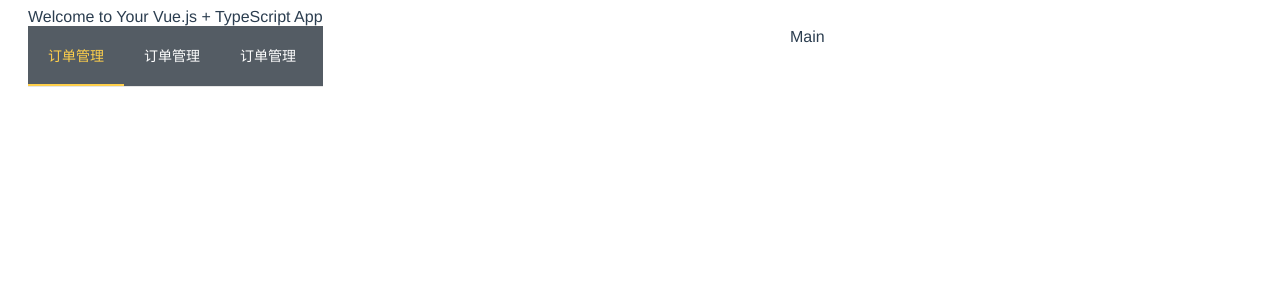
Repository: TheWomanLiketheWind/woodpecker
Page: /
These files come from the project's save history. The page is drawn as it stood at one moment and after the next save; the edit follows.
The browser window is 1280 px wide. The pictures show the whole page.
The project was rebuilt for these pictures with package versions that can differ from the ones it lists, and the page was loaded fresh each time. Imported but missing from the stored project, and not drawn on this page: src/views/About.vue.

Above is the page before, as saved 2019-07-25 14:32:42.

### public/index.html
<!DOCTYPE html>
<html lang="en">
  <head>
    <meta charset="utf-8">
    <meta http-equiv="X-UA-Compatible" content="IE=edge">
    <meta name="viewport" content="width=device-width,initial-scale=1.0">
    <link rel="icon" href="<%= BASE_URL %>favicon.ico">
    <title>woodpecker</title>
  </head>
  <body>
    <noscript>
      <strong>We're sorry but woodpecker doesn't work properly without JavaScript enabled. Please enable it to continue.</strong>
    </noscript>
    <div id="app"></div>
    <!-- built files will be auto injected -->
  </body>
</html>

### src/App.vue
<template>
  <div id="app">
    <router-view />
  </div>
</template>

<style lang="scss">
#app {
  font-family: "Avenir", Helvetica, Arial, sans-serif;
  -webkit-font-smoothing: antialiased;
  -moz-osx-font-smoothing: grayscale;
  text-align: center;
  color: #2c3e50;
}
#nav {
  padding: 30px;
  a {
    font-weight: bold;
    color: #2c3e50;
    &.router-link-exact-active {
      color: #42b983;
    }
  }
}
</style>

### src/views/Home.vue
<template>
  <el-container>

    <Head msg="Welcome to Your Vue.js + TypeScript App"></Head>
    <el-main>Main</el-main>
  </el-container>
  <!-- <div class="home">
    <img alt="Vue logo" src="../assets/logo.png">
    <HelloWorld msg="Welcome to Your Vue.js + TypeScript App"/>
  </div> -->

</template>

<script lang="ts">
import { Component, Vue } from "vue-property-decorator";
import Head from "@/components/Head.vue"; // @ is an alias to /src

@Component({
  components: {
    Head
  }
})
export default class Home extends Vue {}
</script>

### src/components/Head.vue
<template>
  <el-header>
    {{msg}}
    <el-menu :default-active="activeIndex"
             class="el-menu-demo"
             mode="horizontal"
             background-color="#545c64"
             text-color="#fff"
             active-text-color="#ffd04b"
             @select="handleSelect">
      <el-menu-item index="1">订单管理
      </el-menu-item>
      <el-menu-item index="2">订单管理
      </el-menu-item>
      <el-menu-item index="3">订单管理
      </el-menu-item>
    </el-menu>
  </el-header>
</template>

<script lang="ts">
import { Component, Prop, Vue } from "vue-property-decorator";

@Component
export default class Head extends Vue {
  @Prop() private msg!: string;
  data() {
    return {
      activeIndex: "1"
    };
  }

  private handleSelect(key: any, keyPath: any) {
    console.log(key, keyPath);
  }
}
</script>

<style>
</style>

Loaded but not shown: src/main.ts (common file); src/router.ts (common file); src/store.ts (common file)

After the next save:
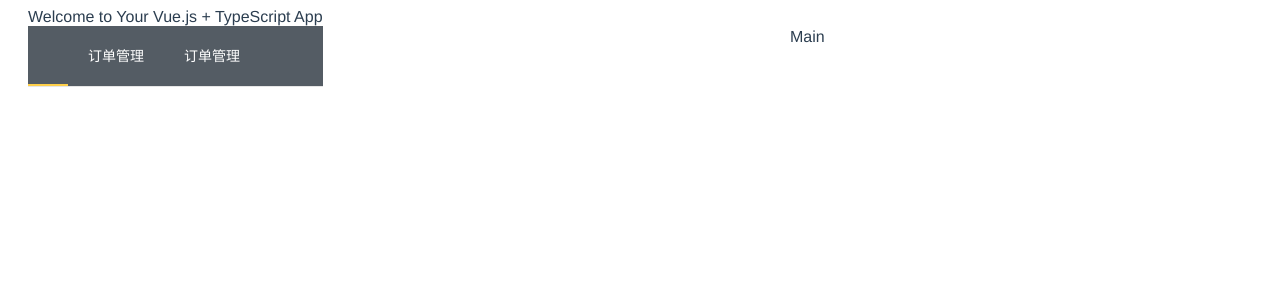
Saved 16 s later.
--- a/src/components/Head.vue
+++ b/src/components/Head.vue
@@ -8,7 +8,8 @@
              text-color="#fff"
              active-text-color="#ffd04b"
              @select="handleSelect">
-      <el-menu-item index="1">订单管理
+      <el-menu-item index="1">
+        <router-link>订单管理</router-link>
       </el-menu-item>
       <el-menu-item index="2">订单管理
       </el-menu-item>

After the save that followed:
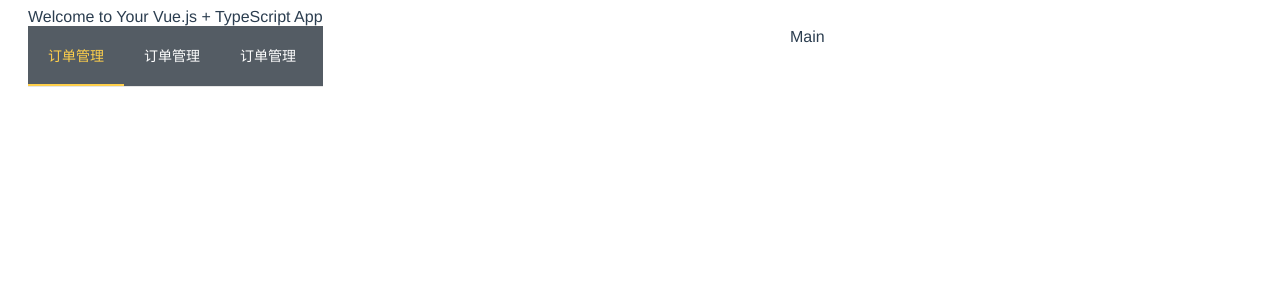
Saved 9 s later.
--- a/src/components/Head.vue
+++ b/src/components/Head.vue
@@ -8,8 +8,7 @@
              text-color="#fff"
              active-text-color="#ffd04b"
              @select="handleSelect">
-      <el-menu-item index="1">
-        <router-link>订单管理</router-link>
+      <el-menu-item index="1">订单管理
       </el-menu-item>
       <el-menu-item index="2">订单管理
       </el-menu-item>
